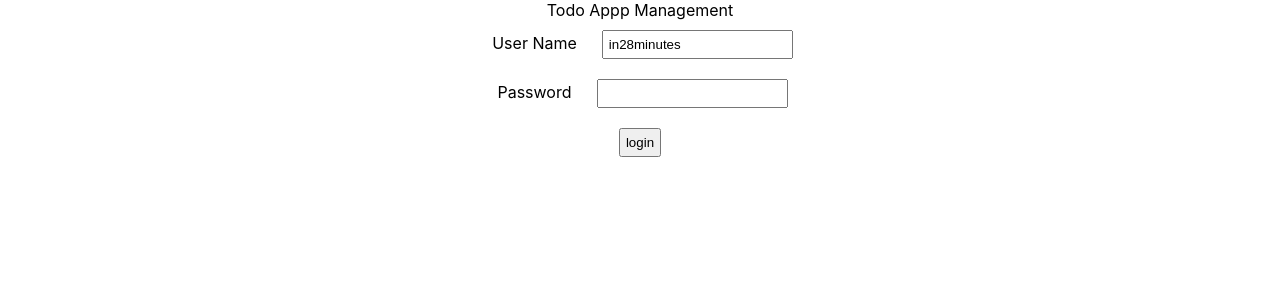
Repository: alexveremis/ReactWithRestAPI
Page: /todos
These files come from the project's save history. The page is drawn as it stood at one moment and after the next save; the edit follows.
The browser window is 1280 px wide. The pictures show the whole page.
The project was rebuilt for these pictures with package versions that can differ from the ones it lists, and the page was loaded fresh each time.

Above is the page before, as saved 2023-11-21 11:14:48.

After the next save:
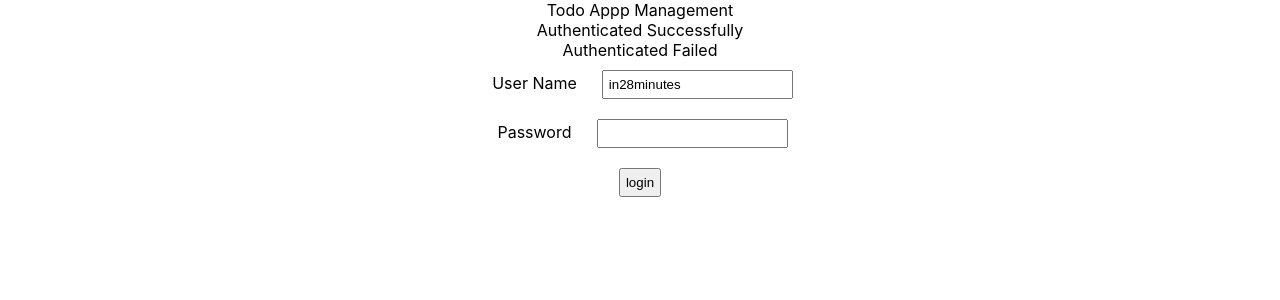
Saved 9 min 24 s later.
--- a/src/components/todo/TodoApp.jsx
+++ b/src/components/todo/TodoApp.jsx
@@ -24,10 +24,25 @@ function LoginComponent(){
         setPassword(event.target.value)
     }
 
+    function handleSubmit(event){
+        console.log(username);
+        console.log(password);
+        if(username==='alex' && password==='ver'){
+            console.log('Success')
+        } else{
+            console.log('Failed')
+        }
+    }
+
     const [username, setUsername] = useState('in28minutes')
     const [password, setPassword] = useState('')
+    const [showSuccessMessage, setSuccessMessage] = useState(false)
+
     return(
         <div className="Login">
+            <div className="successMessage">Authenticated Successfully</div>
+            <div className="errorMessage">Authenticated Failed</div>
+
             <div className="LoginForm">
                 <div>
                     <label>User Name</label>
@@ -35,10 +50,10 @@ function LoginComponent(){
                 </div>
                 <div>
                     <label>Password</label>
-                    <input type="password" name="password" on onChange={handlePasswordChange}/>
+                    <input type="password" name="password" value={password} on onChange={handlePasswordChange}/>
                 </div>
                 <div>
-                    <button type="button" name="login">login</button>
+                    <button type="button" name="login" onClick={handleSubmit}>login</button>
                 </div>
             </div>
         </div>
